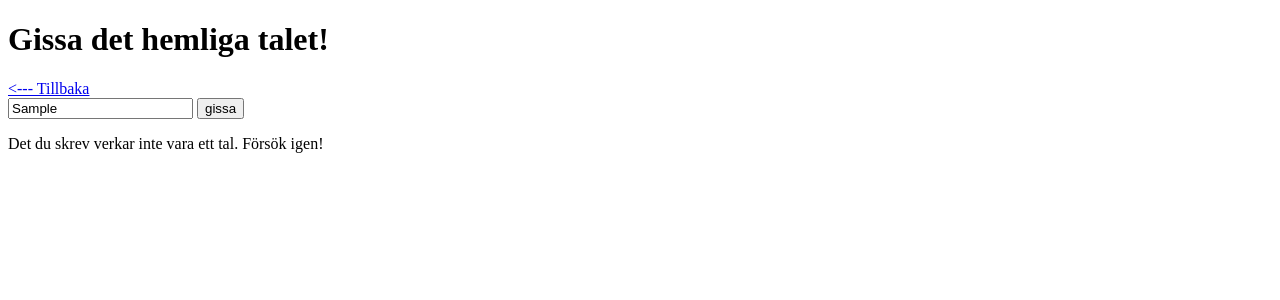
Repository: LindaOtt/1dv403-lo222hd-laborationer
Page: 1-vandalen/guess/index.html
The author's editor kept a record of every edit. The page is drawn from the files as they stood at one moment, then again after the next edit.
The browser window is 1280 px wide. The pictures show the whole page.
Empty fields were first filled with sample values (such as "Sample", 5 or name@example.com).
After loading, the first visible `#send` was clicked once.

Above is the page before.

After the next edit:
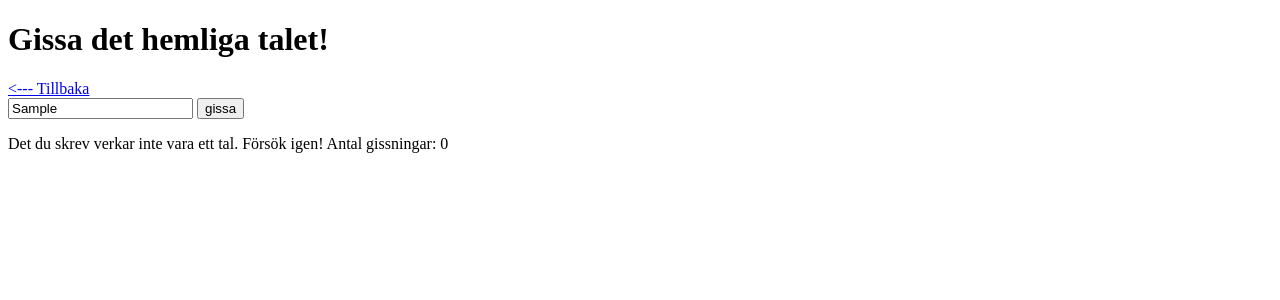
The edit:
--- a/1-vandalen/guess/script.js
+++ b/1-vandalen/guess/script.js
@@ -42,7 +42,7 @@
 				return answer;
 
 			default:
-				answer[1] = "Det du skrev verkar inte vara ett tal. Försök igen!";
+				answer[1] = "Det du skrev verkar inte vara ett tal. Försök igen! Antal gissningar: " + numGuesses;
 				return answer;
 		}
 
